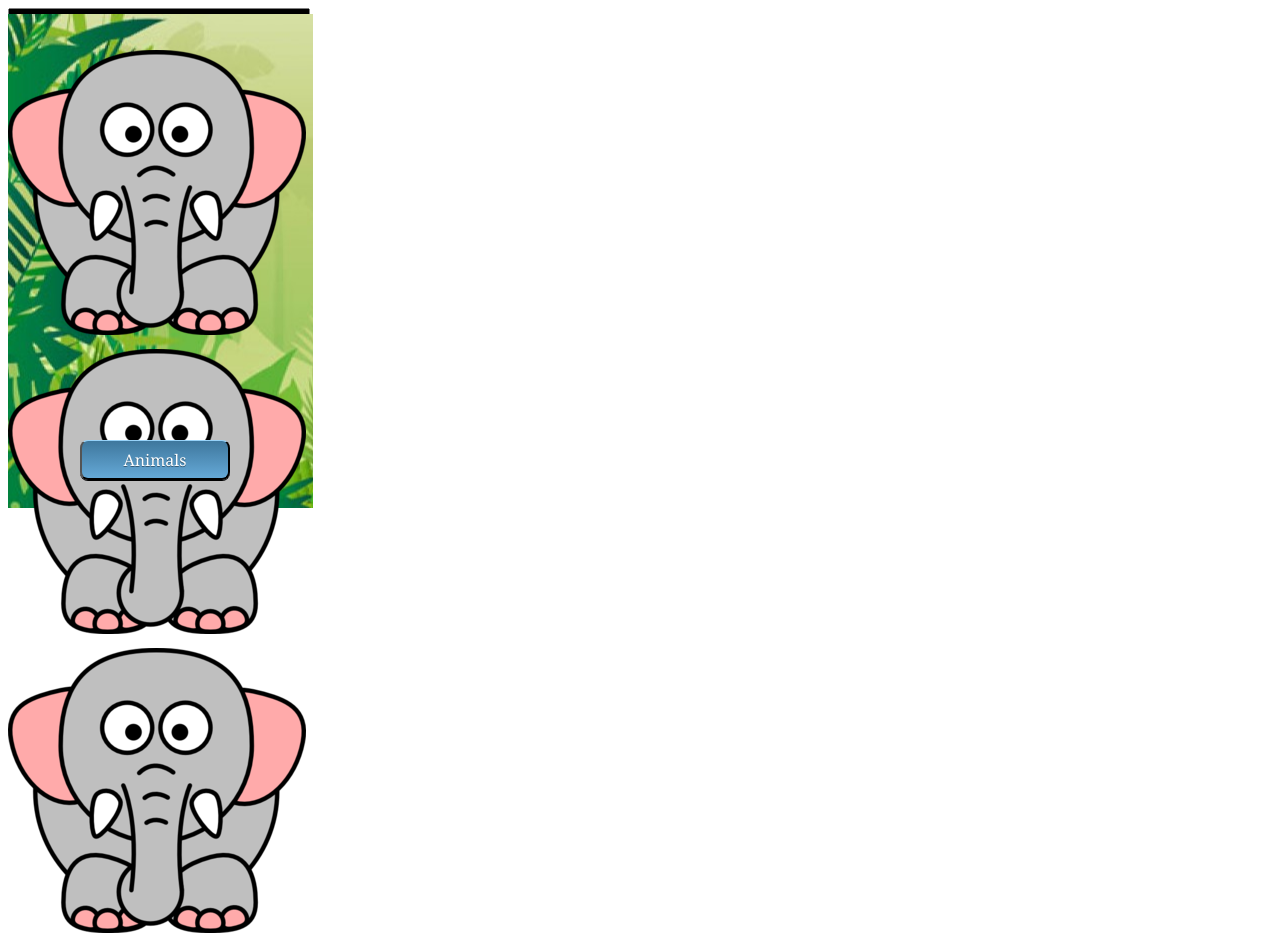
Repository: RathipriyaChandrasekaran/dotlite
Page: ConnectDots/menupage.html
These files come from the project's save history. The page is drawn as it stood at one moment and after the next save; the edit follows.
The browser window is 1280 px wide. The pictures show the whole page.

Above is the page before, as saved 2014-12-14 02:53:58.

After the next save:
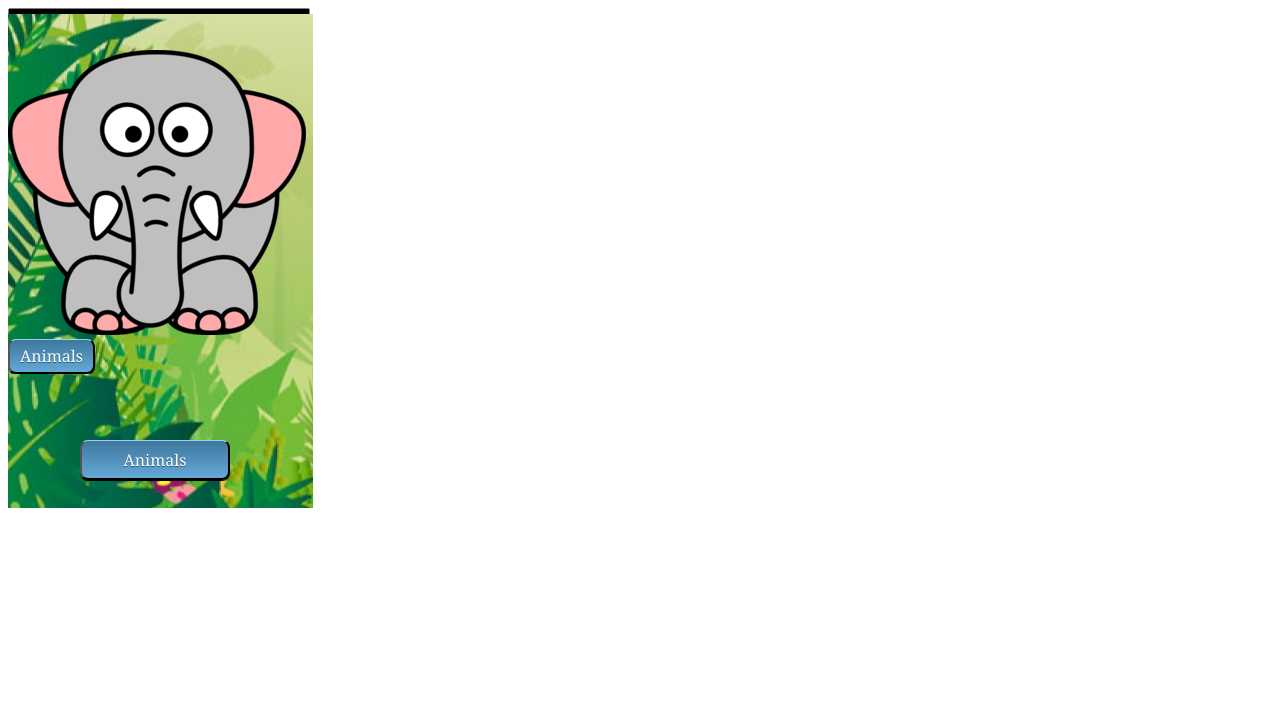
Saved 2 min 37 s later.
--- a/ConnectDots/css/appstyle.css
+++ b/ConnectDots/css/appstyle.css
@@ -131,3 +131,10 @@
 #box2 {
     background-color: yellow;
 }
+
+
+/**/
+.filmstrip>div {
+  width:300px;
+  display:inline-block;
+}
